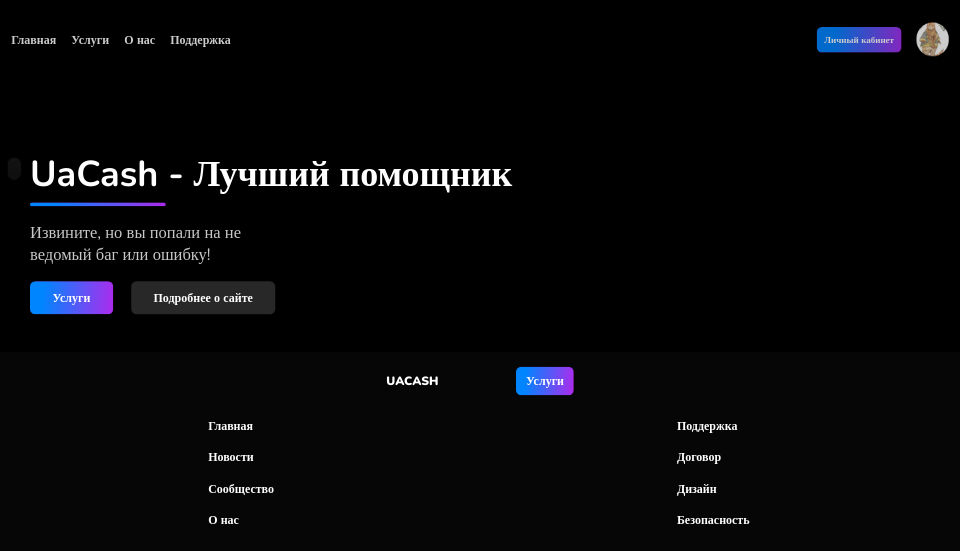
Repository: HunterAkeriano/ua-cash
Page: 404.html
These files come from the project's save history. The page is drawn as it stood at one moment and after the next save; the edit follows.
The browser window is 1280 px wide. The pictures show the whole page, at 75% of full size.
The style sheet was rebuilt from its Sass, Less or Tailwind sources for each picture, by a compiler version that may differ from the author's.

Above is the page before, as saved 2023-02-25 19:11:53.
Console error: ReferenceError: Swiper is not defined

### 404.html
<!DOCTYPE html>
<html lang="en">
<head>
    <meta charset="UTF-8">
    <meta http-equiv="X-UA-Compatible" content="IE=edge">
    <meta name="viewport" content="width=device-width, initial-scale=1.0">

    <link rel="stylesheet" href="css/style.css">
    <link rel="stylesheet" href="css/btn-reg.css">
    <link rel="stylesheet" href="css/media.css">
    <title>UA-Cash | Ошибка</title>
</head>
<body>

    <div id="page-preloader" class="preloader">

        <div class="loader">
            <div class="preloader-photo">
                <img src="img/favicon/favicon.svg" alt="">
            </div>
            <span id="load_perc">0%</span></div>
       </div>

    <div class="page">

        <header class="header">
            <div class="container">
                <div class="header__content">

                    <!-- burger -->
                    <div class="burger">
                        <span></span>
                        <span></span>
                        <span></span>
                    </div>

                    <!-- ccылки -->
                    <nav class="header__content-nav">
                        <a href="index.html">Главная</a>
                        <a href="#posugi">Услуги</a>
                        <a href="#">О нас</a>
                        <a href="#">Поддержка</a>
                    </nav>

                    <!-- авторизация -->
                    <div class="header__content-auth">
                        <a href="auth.html">Личный кабинет</a>
                        <img src="img/header/ava.png" alt="">
                    </div>
                </div>
            </div>
        </header>

        <section class="content">
            <div class="container">
                <div class="content__text">
                    <h1><span> UaCash </span> - Лучший помощник</h1>
                    <p>Извините, но вы попали на не ведомый баг или ошибку!</p>
                </div>
                <div class="content__btn">
                    <a class="one" href="#posugi">Услуги</a>
                    <a class="two" href="#">Подробнее о сайте</a>
                </div>

            </div>
           </section>

           <footer class="footer footer-error">
            <div class="container">
                <div class="footer__top">
                    <h5>UACASH</h5>
                    <a href="#posugi">Услуги</a>
                </div>
                <div class="footer__content">
                    <nav class="nav__link">
                        <a href="index.html">Главная</a>
                        <a href="https://t.me/uacash_news" target="_blank">Новости</a>
                       <a href="https://t.me/uacash_public" target="_blank">Сообщество</a>
                        <a href="#">О нас</a>
                    </nav>
                    <nav class="nav__link">
                        <a href="index.html">Поддержка </a>
                        <a href="#">Договор</a>
                        <a href="https://t.me/lvkhd" target="_blank">Дизайн</a>
                        <a href="#">Безопасность</a>
                    </nav>
                </div>
            </div>
           </footer>

    </div>

<script src="js/script.js"></script>
<script src="js/preloader.js"></script>
</body>
</html>

### css/btn-reg.css
.reg__right .reg__container .btn{
    display: flex;
    align-items: center;
    justify-content: space-between;
    margin-top: 50px;
}

.reg__right .reg__container .btn a{
    margin-top: 0;
}
.reg__right .reg__container .btn a:nth-child(2){
    background: #1b1a1a;
}
@media(max-width: 800px){
    .reg__right .reg__container .btn{
        flex-direction: column;
        align-items: center;
        margin-top: 20px;
    }
    .reg__right .reg__container .btn a:nth-child(2){
        margin-top: 20px;
    }
}

### css/media.css
/* свайпер */
@media(max-width: 1072px){
    .swiper .swiper-container .swiper-wrapper .img-block{
        top: -50px;
        left: 0px
    }
}
@media(max-width: 970px){
    .swiper .swiper-container .swiper-wrapper .back{
        margin-top: 0;
    }
    .swiper .swiper-container .swiper-wrapper .swiper-slide{
        width: 100%;
        max-width: 100%;
    }
    .swiper .swiper-container .swiper-wrapper{
        flex-wrap: nowrap;
    }
    .swiper .swiper-container .swiper-wrapper .three .two-text{
        margin-top: 80px;
    }


}


@media(max-width: 500px){
    .swiper .swiper-container .swiper-wrapper .swiper-slide h3{
        font-size: 18px;
    }
    .swiper .swiper-container .swiper-wrapper .swiper-slide h5,
    .swiper .swiper-container .swiper-wrapper .swiper-slide .text-text{
        font-size: 16px;
    }
    .swiper .swiper-container .swiper-wrapper .swiper-slide .text-info{
        font-size: 12px;
    }
    .swiper .swiper-container .swiper-wrapper .img-block{
        width: 50px;
        height: 50px;
        top: 0;
    }
    .swiper .swiper-container .swiper-wrapper .img-block img{
        width: 100%;
        max-width: 100%;
    }
}
@media(max-width: 430px){
    .swiper .swiper-container .swiper-wrapper .swiper-slide .input-card input,
    .swiper .swiper-container .swiper-wrapper .swiper-slide .input-sum input{
        font-size: 12px;
    }
    .swiper .swiper-container .swiper-wrapper .swiper-slide a {
        font-size: 13px;
    }
    .swiper .swiper-container .swiper-wrapper .swiper-slide a{
        margin-top: 30px;
    }
}



/* burger menu */
@media(max-width: 768px){
    .header{
        padding: 15px 0px;
    }
    .header__content .burger{
        display: block;
    }
    .header__content-nav{
        position: absolute;
        left: -100%;
        top: 70px;
        width: 100%;
        height: calc(100vh - 70%);
        background-color: black;
        transition: all .3s;
        display: flex;
        flex-direction: column;
    }
    .header__content-nav.active{
        left: 0;
        text-align: center;
        overflow: scroll;
    }
    .header__content-nav.active a{
        margin: 0;
        margin: 20px 0px;
    }
    .burger.active span:nth-child(2){
        opacity: 0;
    }
    .burger.active span:nth-child(1){
        transform: translateY(8px) rotate(45deg);
    }
    .burger.active span:nth-child(3){
        transform: translateY(-8px) rotate(-45deg);
    }
    .content{
        margin-top: 100px;
    }
}

/* сontent */
@media(max-width: 725px){
    .content__text h1{
        font-size: 21px;
        line-height: 16px;
    }
    .content__text p {
        font-size: 18px;
        max-width: 300px;
    }
    .content__text::after{
        top: 0
    }
}
@media(max-width: 486px){
    .search__input input::placeholder{
        font-size: 12px;
        line-height: 5px;
    }
}
@media(max-width: 460px){
    .content__text h1{
        font-weight: 700;
        font-size: 18px;
        line-height: 16px;
    }
    .content__text p{
        font-weight: 400;
        font-size: 12px;
        max-width: 200px;
        line-height: 20px;
    }

    .content__btn .one,
    .content__btn .two{
        padding: 5px 20px;
        font-size: 12px;
        border-radius: 20px;
    }
    .content__btn .one{
        margin-right: 10px;
    }
    .search{
        margin-top: 40px;
    }
}


/* регистрация */

@media(max-width: 800px){
    .reg__right .reg__container h3{
        font-size: 32px;
    }
    .reg__right{
        width: 90%;
    }
}
@media(max-width: 700px){
    .reg__right .reg__container .forms{
        max-width: 300px;
    }
    .reg__right{
        padding-right: 20px;
        width: 100%;
    }
    .reg__right .reg__container h3{
        font-size: 20px;
    }
    .reg__right .reg__container .inp input{
        padding: 10px 5px;
        padding-left: 10px;
    }
    .reg__right .reg__container .forms{
        margin: 0 auto;
    }
    .reg__right .reg__container{
        margin: 0;
    }
}
@media(max-width: 500px){
    .reg__right{
        margin-left: 0px;
        width: 100%;
        padding: 0;
        clip-path: polygon(0 0, 100% 0, 100% 100%, 0 100%);
    }
    .reg__left{
        width: 0;
    }
    .reg__right .reg__container{
        margin: 0 auto;
        padding: 0 15px;
        width: 100%;
    }
    .reg{
        height: 500px;
    }

}

/* оплата */
@media(max-width: 860px){
    .payment__card-form .form{
        flex-direction: column;
        align-items: center;
    }
    .payment__card-form  img{
        width: 100%;
        max-width: 100%;
    }
    .payment__card-form .form .form-left {
        margin-top: 40px;
    }
    .payment__card-form .form .form-left{
        width: 100%;
    }
    .payment__card-form{
        margin-top: 50px;
    }
    .payment__card-info{
        flex-direction: column-reverse;
        align-items: center;
    }

    .payment__card.requis .forms{
        flex-direction: column;
        align-items: center;
    }
    .payment__card.requis .forms .forms-info{
        width: 100%;
    }
    .payment__card.requis .forms .forms-info:nth-child(2){
        margin-top: 20px;
    }
}
@media(max-width: 500px){
    .payment__card-text h3{
        font-size: 18px;
    }
    .payment__card-text:after{
        left: 0px;
    }
}


/* Диаграмм */
@media(max-width: 900px){
    .diagrams__content{
        flex-direction: column;
        align-items: center;
    }
    .diagrams__content-left,
    .diagrams__content-right{
        width: 100%;
    }
    .diagrams__content-right{
        margin-top: 20px;
    }
}

@media(max-width: 450px){
    .diagrams__content-left{
        flex-direction: column;
    }
    .diagrams__content-left .chart-container{
        margin-top: 20px;
        max-width: 150px;
    }
    .diagrams__content-right ol li{
        font-size: 12px;
    }
}

Loaded but not shown: js/script.js (87 lines, source omitted); js/preloader.js (26 lines, source omitted); css/style.scss (1059 lines, source omitted)

After the next save:
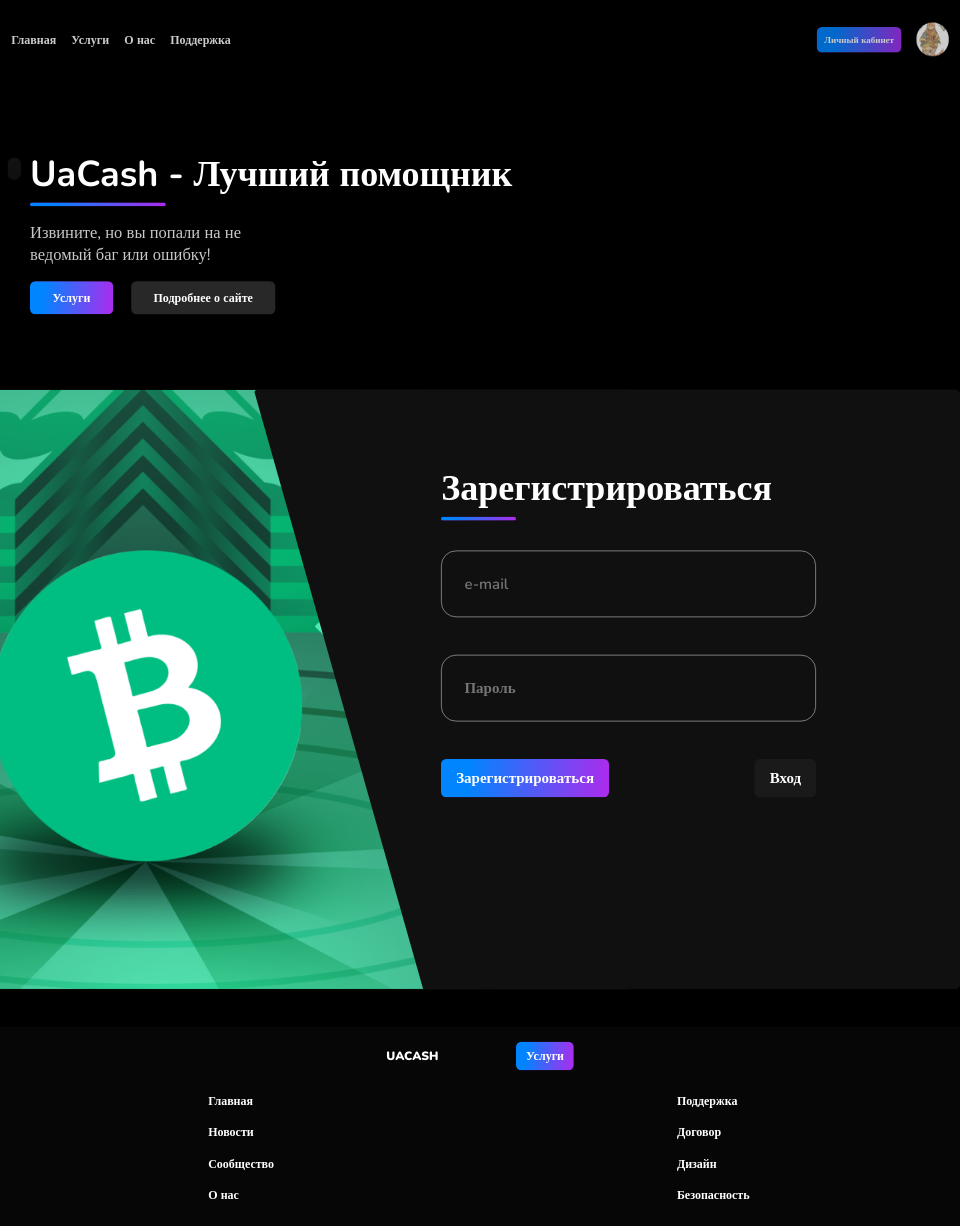
Saved 22 s later.
--- a/404.html
+++ b/404.html
@@ -65,6 +65,41 @@
             </div>
            </section>
 
+
+           <section class="reg">
+            <div class="reg__left">
+
+            </div>
+            <div class="reg__right">
+                <div class="reg__container">
+                    <div class="forms">
+
+                        <!-- форма для регистрации -->
+
+                    <form action="/">
+                        <h3>Зарегистрироваться</h3>
+                        <div class="inp">
+                            <input name="sign_up_login" type="email" placeholder="e-mail">
+                        </div>
+                        <div class="inp">
+                            <input  name="sign_up_password" type="password" placeholder="Пароль">
+                        </div>
+
+
+                        <!-- для формы заменить ссылку на кнопку,
+                        делаю как костыль для показа -->
+                        <div class="btn">
+                            <a name="sign_up_button" href="registration.html">Зарегистрироваться</a>
+                            <a name="sign_in_button" href="au">Вход</a>
+                        </div>
+
+                    </form>
+                </div>
+
+                </div>
+            </div>
+           </section>
+
            <footer class="footer footer-error">
             <div class="container">
                 <div class="footer__top">
